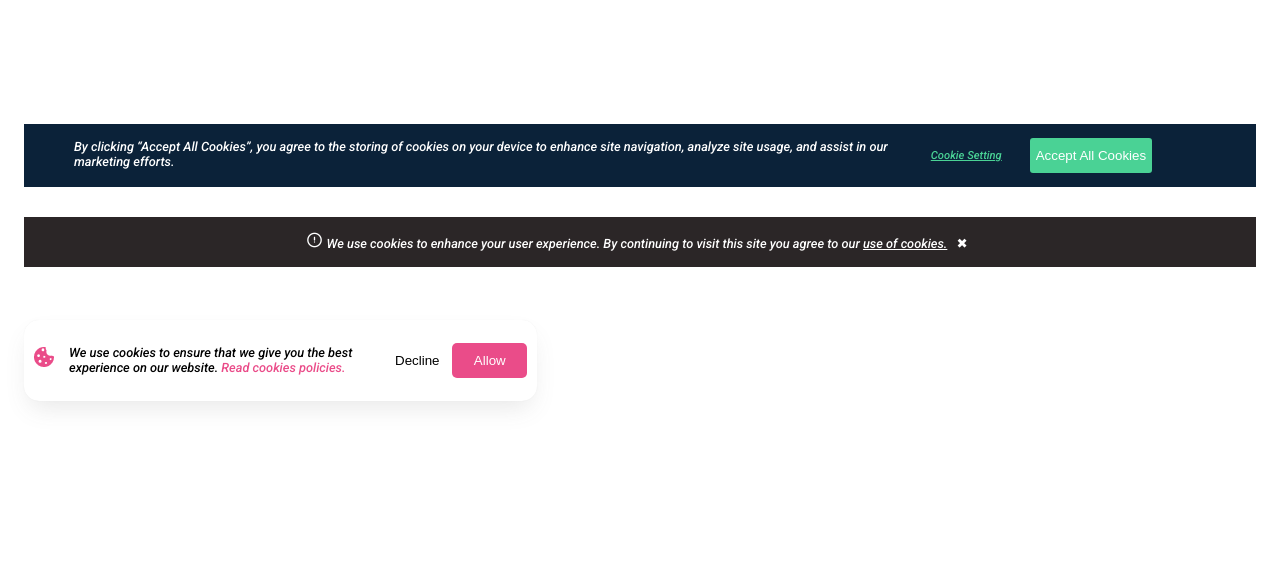
Repository: batonAnton/cursor_cookies_lectr3
Page: index.html
An editor plug-in stored every save of this project. The page is shown before and after the next save, followed by the edit.
The browser window is 1280 px wide. The pictures show the whole page.

Above is the page before, as saved 2022-06-01 13:04:23.

After the next save:
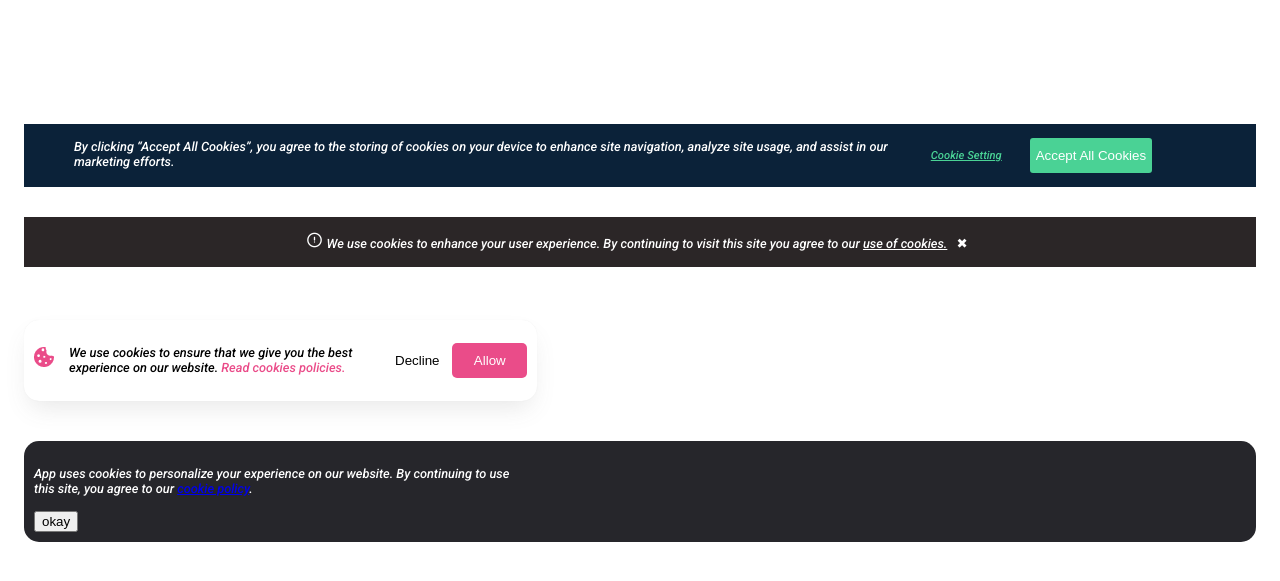
Saved 26 s later.
--- a/index.html
+++ b/index.html
@@ -30,6 +30,11 @@
             <button class="false_btn">decline</button>
             <button class="true_btn">allow</button>
         </div>
+
+        <div class="banner_4">
+            <p>App uses cookies to personalize your experience on our website. By continuing to use <br> this site, you agree to our  <a href="#">cookie policy</a>.</p>
+            <button>okay</button>
+        </div>
     </div>
 </body>
 </html>
